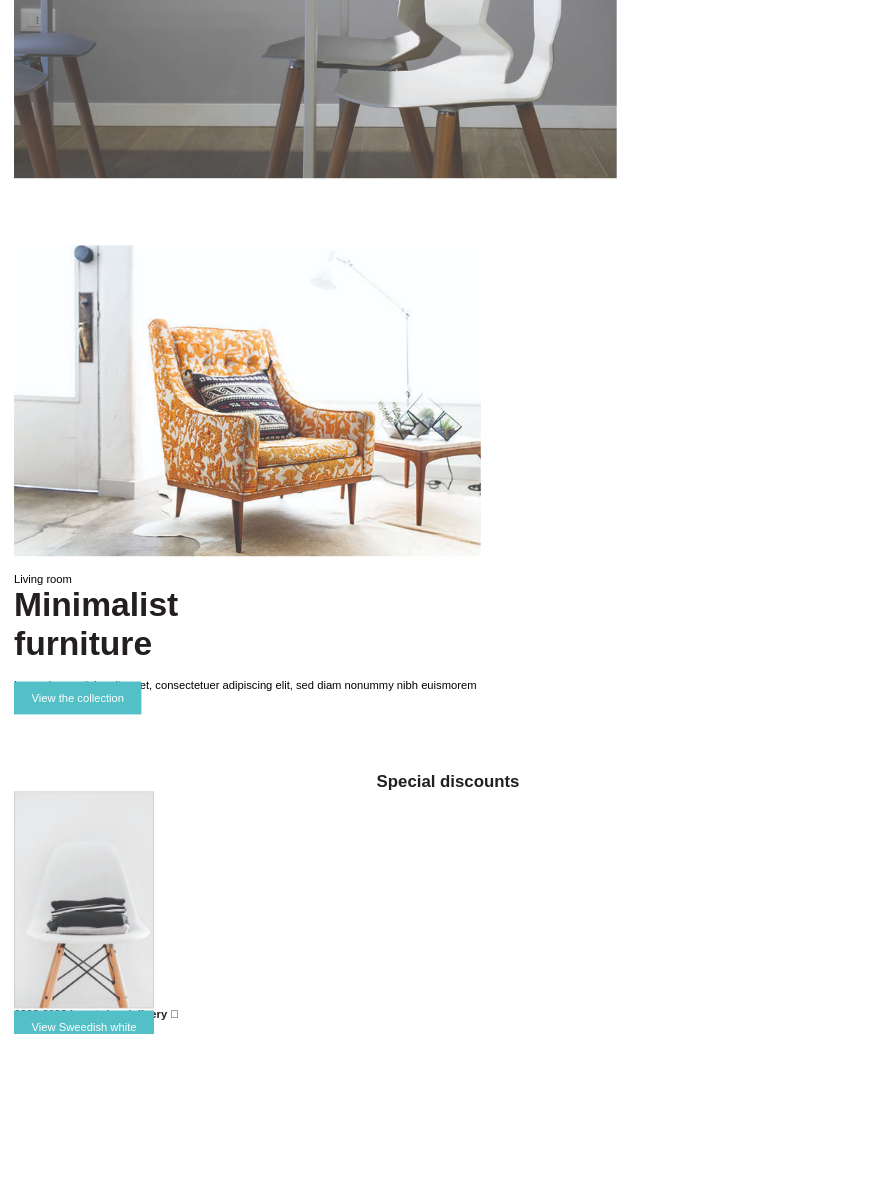
Repository: dinhhaidh/republic-web
Page: index.html
An editor plug-in stored every save of this project. The page is shown before and after the next save, followed by the edit.
The browser window is 1280 px wide. The pictures show the part of the page from y = 932 to 2852 px (the page is 2616 px tall before and 2852 px after), at 70% of full size.
Some web fonts or font styles are not loaded; a fallback is used. Some web libraries are served in a nearby version.

Above is the page before, as saved 2024-01-24 17:23:06.

### index.html
<!DOCTYPE html>
<html lang="en">
<head>
    <meta charset="UTF-8">
    <meta name="viewport" content="width=device-width, initial-scale=1.0">

    <!--=============== FAVICON ===============-->
    <link rel="shortcut icon" href="assets/img/favicon.png" type="image/x-icon">

    <!--=============== REMIXICONS ===============-->
    <link rel="stylesheet" href="https://cdn.jsdelivr.net/npm/remixicon@4.1.0/fonts/remixicon.min.css">

    <link
    rel="stylesheet"
    href="https://cdn.jsdelivr.net/npm/swiper@11/swiper-bundle.min.css"
  />

    <!--=============== CSS ===============-->
    <link rel="stylesheet" href="style.css">

    <title>Responsive </title>
</head>
<body>
    <!--==================== HEADER ====================-->
    <header class="header" id="header">
        <nav class="nav container">
            <a href="#" class="nav__logo">
                <img src="./img/logo.jpg" alt="image" class="nav__img">
            </a>
            <div class="nav__menu" id="nav-menu">
                <ul class="nav__list">
                    <li class="nav__item">
                        <a href="#home" class="nav__link">Home</a>
                    </li>
                    <li class="nav__item">
                        <a href="#bedroom" class="nav__link">Bedroom</a>
                    </li>
                    <li class="nav__item">
                        <a href="#lounge" class="nav__link">Lounge</a>
                    </li>
                    <li class="nav__item">
                        <a href="#kitchen" class="nav__link">Kitchen</a>
                    </li>
                    <li class="nav__item">
                        <a href="#lighting" class="nav__link">Lighting</a>
                    </li>
                </ul>
                <div class="nav__close" id="nav-close">
                    <i class="ri-close-line"></i>
                </div>
            </div>

            <form action="" class="nav__button">
                <div class="button">
                    <input type="text" placeholder="Find something..." class="form-control">
                    <i class="ri-search-line button__search"></i>
                </div>
                <div class="shopping">
                    <i class="ri-shopping-cart-line "></i>
                    <span class="shopping__quantity">0</span>
                </div>
            </form>
            <!-- toggle -->
            <div class="nav__toggle" id="nav-toggle">
                <i class="ri-menu-line"></i>
            </div>
        </nav>
    </header>

    <!--==================== MAIN ====================-->
    <main class="main">
        <!--==================== Home  ====================-->
        <section class="home section" id="home">
            <div class="home__container container">
                <div class="home__contennt">
                    <h1 class="home__title">Premium <br> collection</h1>
                    <p class="home__desc">
                        Lorem ipsum dolor sit amet, consectetuer adipiscing elit, sed diam nonummy nibh euismorem ipsum dolor sit amet, consectetuer adipiscing elit
                    </p>
                    <h4>£2,300</h4>
                    <a href="#" class="button__link">View the collection</a>
                </div>
                <div class="home__images">
                    <img src="./img/hom1.jpg" alt="" class="home__image">
                    <div class="home__span">
                        <span><a href="">Lorem ipsum dolor sit amet</a>    £2,300</span>
                        <span><a href="#"> Consectetuer adsed diam</a>    £2,300</span>
                    </div>
                </div>
            </div>
        </section>

        <!--==================== Bedroom ====================-->
        <section class="bedroom section" id="bedroom">
            <div class="bedroom__container container grid">
                <div class="bedroom__images">
                    <img src="./img/funitire1.jpg" alt="" class="bedroom__image">
                </div>
                <div class="bedroom__contennt">
                    <span>Living room</span>
                    <div class="bedroom-brick"></div>
                    <h2 class="home__title">Minimalist <br>
                        furniture</h2>
                    <p class="bedroom__desc">
                        Lorem ipsum dolor sit amet, consectetuer adipiscing elit, sed diam nonummy nibh euismorem
                    </p>
                    <a href="#" class="button__link">View the collection</a>
                </div>

            </div>
        </section>

        <!--==================== Lounge  ====================-->
        <section class="lounge  section" id="lounge ">
            <h2 class="lounge-title">Special discounts</h2>
            <div class="lounge__container container swiper">
                <div class="swiper-wrapper">
                    <article class=" lounge__card swiper-slide">
                        <img src="./img/special1.jpg" alt="" class="lounge__img">
                        <h4><span>£299</span> £199  |  next day delivery  </h4>
                        <a href="#" class="button__link lounge__button">View Sweedish white</a>
                    </article>
                    <article class=" lounge__card swiper-slide">
                        <img src="./img/special2.jpg" alt="" class="lounge__img">
                        <h4><span>£299</span> £199  |  next day delivery  </h4>
                        <a href="#" class="button__link lounge__button">View Sweedish white</a>
                    </article>
                    <article class=" lounge__card swiper-slide">
                        <img src="./img/special3.jpg" alt="" class="lounge__img">
                        <h4><span>£299</span> £199  |  next day delivery  </h4>
                        <a href="#" class="button__link lounge__button">View Sweedish white</a>
                    </article>
                    <article class=" lounge__card swiper-slide">
                        <img src="./img/special4.jpg" alt="" class="lounge__img">
                        <h4><span>£299</span> £199  |  next day delivery  </h4>
                        <a href="#" class="button__link lounge__button">View Sweedish white</a>
                    </article>
                </div>
            </div>
        </section>

        <!--==================== Kitchen ====================-->
        <section class="kitchen  section" id="kitchen">

        </section>

        <!--==================== Lighting ====================-->
        <section class="lighting  section" id="lighting">

        </section>
    </main>

    <!--==================== FOOTER ====================-->
    <footer class="footer">

    </footer>

    <!--========== SCROLL UP ==========-->

    <script src="https://cdn.jsdelivr.net/npm/swiper@11/swiper-bundle.min.js"></script>


    <!--=============== SCROLLREVEAL ===============-->
    <script src=""></script>

    <!--=============== JQuery ===============-->
    <script src="https://code.jquery.com/jquery-3.7.1.slim.min.js" integrity="sha256-kmHvs0B+OpCW5GVHUNjv9rOmY0IvSIRcf7zGUDTDQM8=" crossorigin="anonymous"></script>

    <!--=============== MAIN JS ===============-->
    <script src="/js/main.js"></script>
</body>
</html>

### style.css
/*=============== GOOGLE FONTS ===============*/
@import url("https://fonts.cdnfonts.com/css/source-sans-pro");

/*=============== VARIABLES CSS ===============*/
:root {
  --header-height: 3.5rem;

  /*========== Colors ==========*/
  /*Color mode HSL(hue, saturation, lightness)*/
  --first-color: hsl(28, 88%, 62%);
  --first-color-alt: hsl(28, 84%, 58%);
  --title-color: hsl(0, 0%, 95%);
  --text-color: hsl(0, 0%, 75%);
  --text-color-light: hsl(0, 0%, 65%);
  --black-color: #231f20;
  --body-color: hsl(0, 0%, 6%);
  --container-color: hsl(0, 0%, 10%);

  /*========== Font and typography ==========*/
  /*.5rem = 8px | 1rem = 16px ...*/
  --body-font: "Montserrat", sans-serif;
  --second-font: "Dancing Script", cursive;
  --biggest-font-size: 2.5rem;
  --bigger-font-size: 2rem;
  --h1-font-size: 1.5rem;
  --h2-font-size: 1.25rem;
  --h3-font-size: 1rem;
  --normal-font-size: .938rem;
  --small-font-size: .813rem;

  /*========== Font weight ==========*/
  --font-regular: 400;
  --font-semi-bold: 600;
  --font-bold: 700;

  /*========== z index ==========*/
  --z-tooltip: 10;
  --z-fixed: 100;
}

/*========== Responsive typography ==========*/
@media screen and (min-width: 1150px) {
  :root {
    --biggest-font-size: 4.375rem;
    --bigger-font-size: 3rem;
    --h1-font-size: 2.25rem;
    --h2-font-size: 1.5rem;
    --h3-font-size: 1.25rem;
    --normal-font-size: 1rem;
    --small-font-size: .875rem;
  }
}

/*=============== BASE ===============*/
* {
  box-sizing: border-box;
  padding: 0;
  margin: 0;
}

html {
  scroll-behavior: smooth;
}

body,
button {
  font-family: var(--body-font);
  font-size: var(--normal-font-size);
}

body {
  /* color: var(--text-color); */
}

button {
  border: none;
  outline: none;
}

h1, h2, h3, h4 {
  color: var(--black-color);
  font-weight: var(--font-bold);
}

ul {
  list-style: none;
}

a {
  text-decoration: none;
}

img {
  display: block;
  max-width: 100%;
  height: auto;
}

/*=============== REUSABLE CSS CLASSES ===============*/
.container {
  max-width: 1240px;
  margin-inline: 1.5rem;
}

.grid {
  display: grid;
  gap: 1.5rem;
}

.section {
  padding-block: 5rem 1rem;
}

.section__title {
  font-size: var(--bigger-font-size);
  font-family: var(--second-font);
  margin-bottom: 1.5rem;
  text-align: center;
}

.main {
  overflow: hidden; /* For animation ScrollReveal */
}

/*=============== HEADER & NAV ===============*/
.header{
  position: fixed;
  width: 100%;
  top: 0;
  left: 0;
  background-color: transparent;
  z-index: var(--z-fixed);
  transition: .4s;
}
.nav{
  position: relative;
  height: var(--header-height);
  display: flex;
  align-items: center;
  justify-content: space-between;
}
.nav__img{
  width: 100px;
  transition: .4s;
}
.nav__toggle,
.nav__close{
  cursor: pointer;
  font-size: 1.5rem;
  color: black;
}
.form-control{
  padding: 13px 40px 13px 20px;
  border-radius: 25px
}
.nav__button{
  display:flex;
  align-items: center;
  justify-content: center;
  column-gap: 1.625rem;
}
.nav__link{
  color: var(--black-color);
  font-weight: var(--font-regular);
  font-family: 'Source Sans Pro', sans-serif;
}
.button{
  display: flex;
  position: relative;
}
.button input::placeholder{
  color: var(--black-color);
}
.button__search{
  position: absolute;
  top: 0.9rem;
  right: 1rem;
}
.shopping i{
  font-size: 1.25rem;
  position: relative;
}
.shopping__quantity{
  background-color: red;
    padding: 1px 3px;
    color: #fff;
    position: absolute;
    top: 1.8rem;
    right: 0.05rem;
    border-radius: 50%;
    font-size: .7rem;
}



/* Navigation for mobile devices */
@media screen and (max-width: 1023.98px) {
  .nav__menu {
    position: fixed;
    top: 0;
    right: -100%;
    background-color: #fff;
    backdrop-filter: blur(16px);
    -webkit-backdrop-filter: blur(16px);
    width: 80%;
    height: 100%;
    padding: 6rem 3rem 0px;
    transition: right .4s;
  }
  .nav__list{
    display: flex;
    flex-direction: column;
    row-gap: 2.5rem;
  }
  .nav__link{
    color: var(--black-color);
    font-weight: var(--font-semi-bold);
    transition: color .4s;
  }
  /* .nav__link:hover{

  } */
  .nav__close{
    position: absolute;
    top: 1rem;
    right: 1.5rem;
  }
  .nav__button{
    display: none;
  }
}


/* Show menu */
.show-menu{
  right: 0;
}

/* Add blur header */
.scroll-header {
  background-color: #fff;
  box-shadow: 0 1px 4px hsla(220, 4%, 15%, .1);
}

/* Active link */


/*=============== Home ===============*/
.home{
  padding-top: 5rem;
}
.home__container{
  display: flex;
  flex-direction: column;
  row-gap: 3rem;
}
.home__title{
  font-size: var(--bigger-font-size);
  margin-bottom: 1.5rem;
}
.home__desc{
  font-weight: var(--font-regular);
  color: var(--black-color);
  line-height: 1.5;
  margin-bottom: var(--h2-font-size);
}
.home h4{
  font-size: var(--h1-font-size);
  margin-bottom: var(--bigger-font-size);
}
.button__link{
  background-color: #53c0c7;
  padding: 15px 25px;
  color: #fff;
  font-weight: 400;
}
.home__span span:nth-child(1){
  position: absolute;
  right: 1rem;
  top: 1rem;
  color: #fff;
}
.home__span span:nth-child(2){
  right: 1rem;
  position: absolute;
  top: 2rem;
  color: #fff;
}
.home__span span a{
  color: #fff;
}
.home__images{
  position: relative;
}
.home__image{

}

/*=============== BUTTON ===============*/


/*=============== Bedroom ===============*/


/*=============== Lounge  ===============*/
.lounge{

}


.lounge-title{
  display:flex;
  align-items: center;
  justify-content: center;
}
.lounge__container{

}

.lounge__swiper{

}

.swiper-wrapper{

}
.lounge__data{

}
.swiper-slide{

}
.lounge__img{
  width: 200px;
}
.button__link{

}
.lounge__button{

}

/*=============== Kitchen  ===============*/

/*=============== Lighting  ===============*/



/*=============== FOOTER ===============*/


/*=============== SCROLL BAR ===============*/


/*=============== SCROLL UP ===============*/


/* Show Scroll Up */


/*=============== BREAKPOINTS ===============*/
/* For small devices */
@media screen and (min-width: 1024px){
  .nav{
    height: calc(var(--header-height) + 2rem)
  }
  .nav__toggle,
  .nav__close{
    display: none;
  }
  .nav__list{
    display: flex;
    flex-wrap: nowrap;
    column-gap: 4rem;
  }
}
@media screen and (min-width: 1150px) {
  .container{
    margin-inline: auto;
  }


}

/* For medium devices */


/* For large devices */

### js/main.js
$(document).ready(function () {
  $("#nav-toggle").click(function () {
    $("#nav-menu").addClass("show-menu");
  });
  $("#nav-close").click(function () {
    $("#nav-menu").removeClass("show-menu");
  });
  $(window).scroll(function () {
    $("#header").toggleClass("scroll-header", $(this).scrollTop() >= 50);
  });
});
/*=============== SWIPER PRODUCTS ===============*/
var swiperLounge = new Swiper(".lounge__swiper", {
  // luot lien tuc
    spaceBetween: 32,
    grabCursor: true,
    centeredSlides: true,
    slidesPerView: "auto",
    loop: true,
    ////
    navigator: {
    nextEl: ".swiper-button-next",
    prevEl: ".swiper-button-prev",
    },

  // lích thước resposive
    breakpoints: {
        1240: {
        spaceBetween: 3,
    },
    },

  //
});

After the next save:
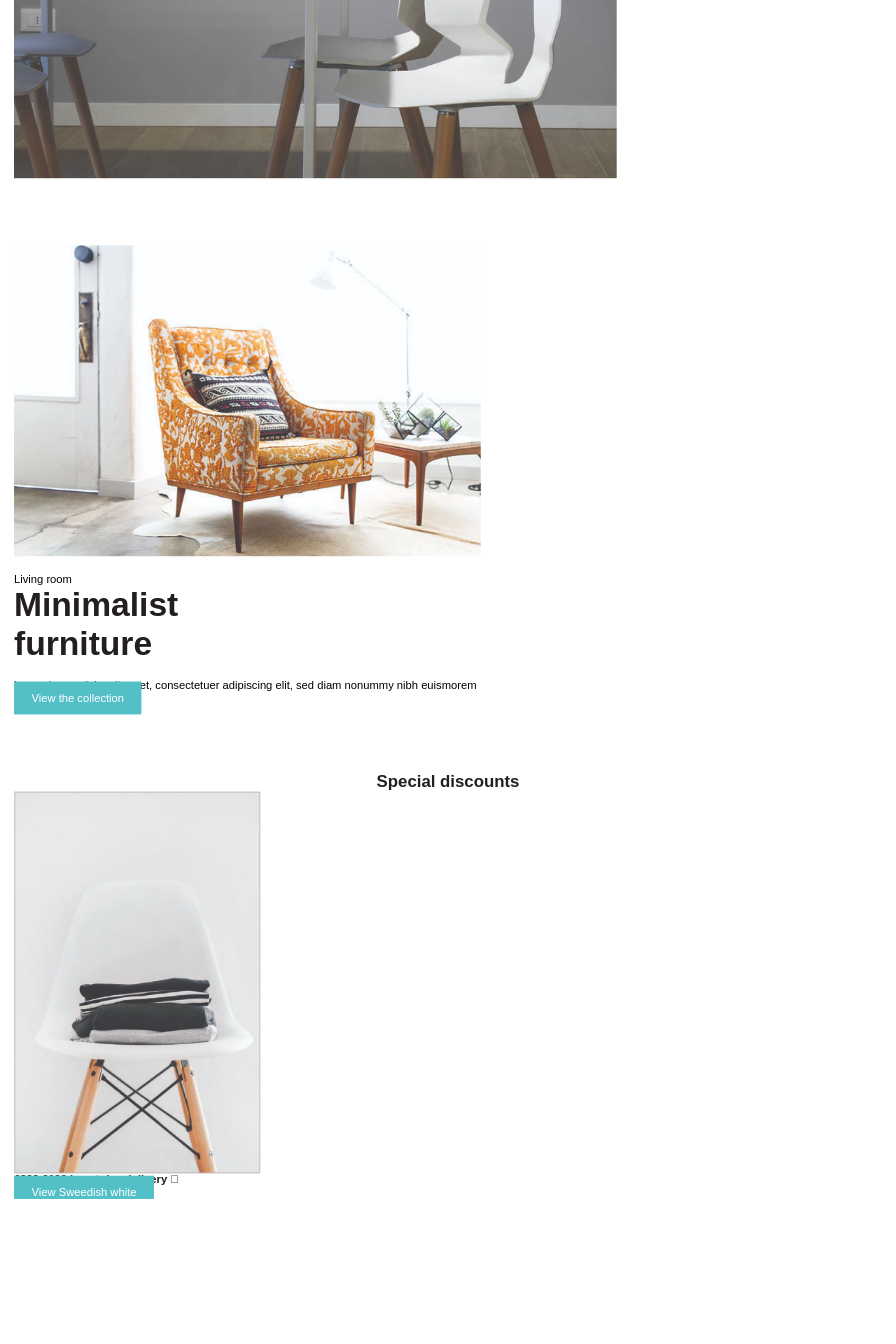
Saved 94 s later.
--- a/style.css
+++ b/style.css
@@ -331,7 +331,6 @@ img {
 
 }
 .lounge__img{
-  width: 200px;
 }
 .button__link{
 
